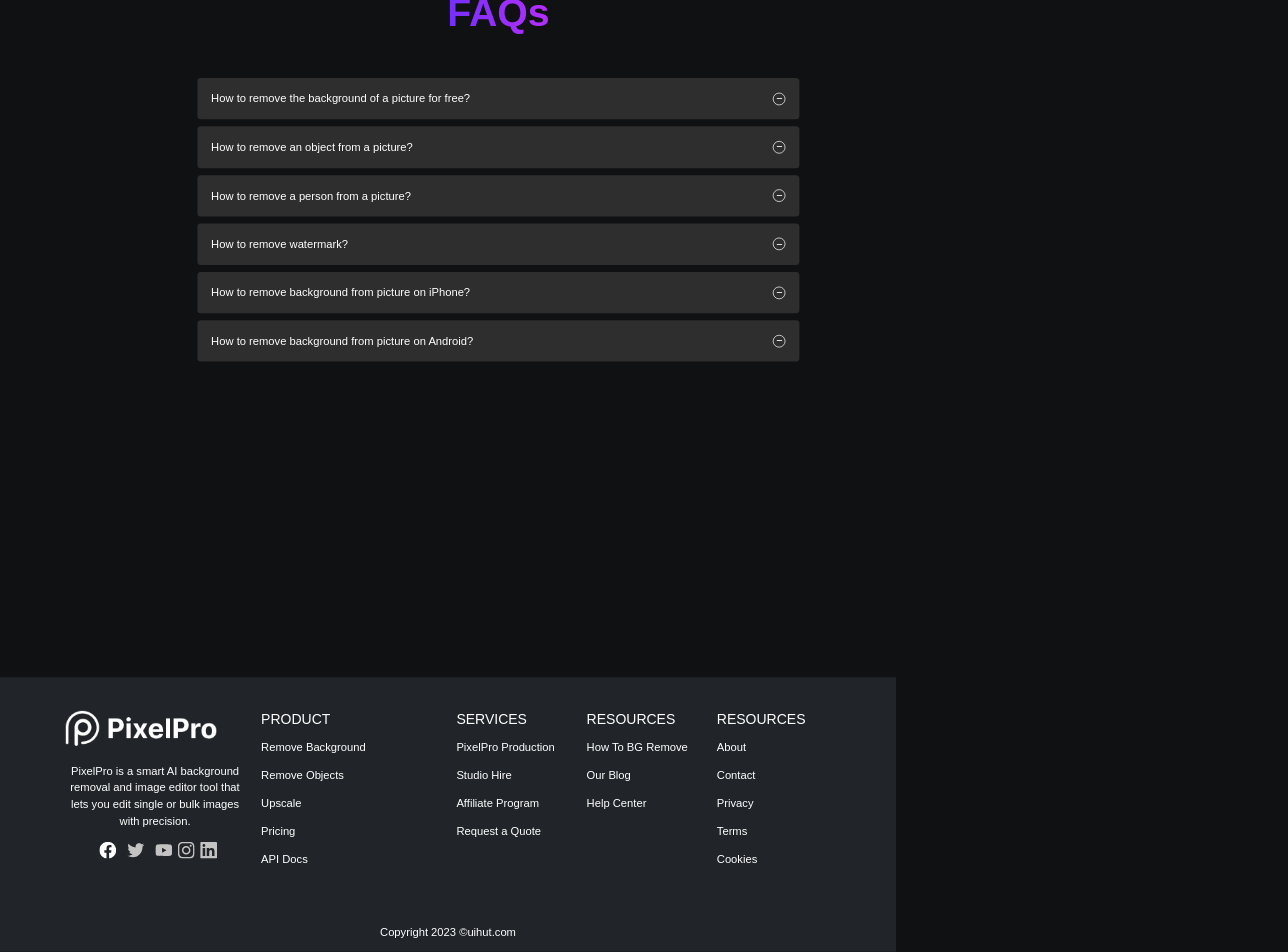
Repository: LuongTienThinh/lvh
Page: Relight Design/index.html
These files come from the project's save history. The page is drawn as it stood at one moment and after the next save; the edit follows.
The browser window is 1280 px wide. The page is 1840 px wide, so the pictures cover 1840 px, including what lies to the right of the window. The pictures show the part of the page from y = 3331 to 4691 px (the page is 4691 px tall before and 4641 px after), at 70% of full size.
Some web fonts or font styles are not loaded; a fallback is used.

Above is the page before, as saved 2023-11-30 11:09:37.

After the next save:
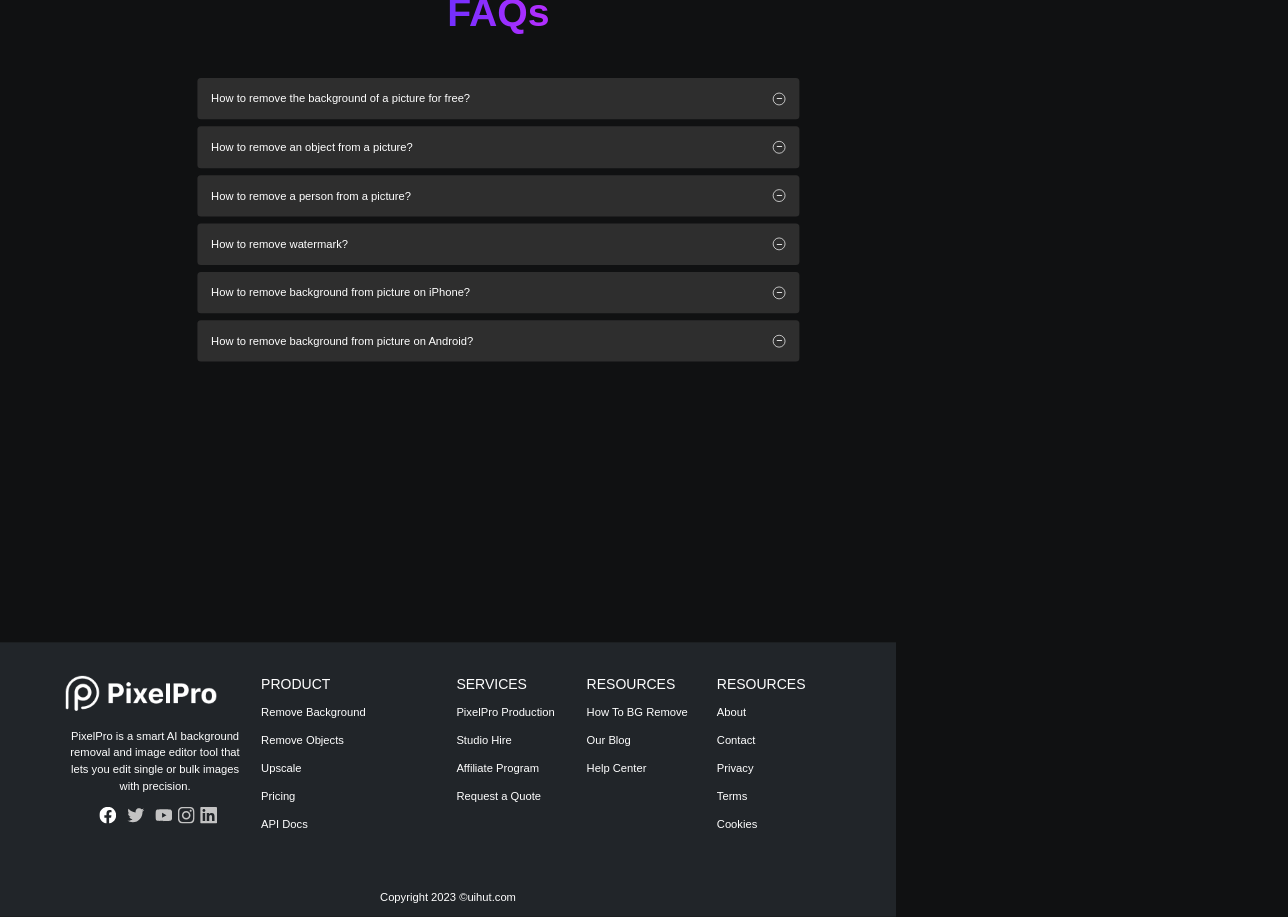
Saved 14 s later.
--- a/Relight Design/index.html
+++ b/Relight Design/index.html
@@ -287,7 +287,7 @@
     </div>
 </div>
 </section>
-<footer class="w-100 bg-dark"  style="margin-top: 100px;">
+<footer class="w-100 bg-dark"  style="margin-top: 50px;">
   <div  class="text-center text-lg-start text-white">
     <div class="container p-4">
       <div class="row my-4">
